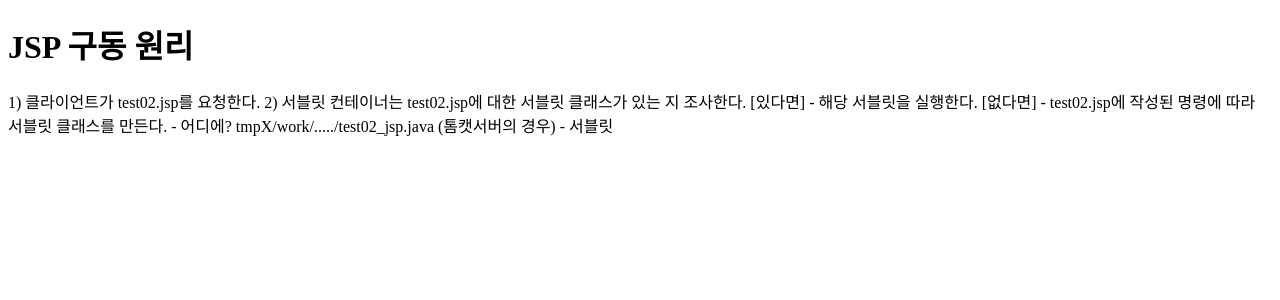
Repository: soso1525/bitcamp
Page: http://localhost/java-web/jsp_exams/ex1/test02.jsp
An editor plug-in stored every save of this project. The page is shown before and after the next save, followed by the edit.
The browser window is 1280 px wide. The pictures show the whole page.
The page is served by Tomcat 9. Nobody is signed in. The application's start-up code is not run. Other server files are loaded and not shown.

Above is the page before, as saved 2017-12-14 05:34:43.

### workspace/java-web/src/main/webapp/jsp_exams/ex1/test02.jsp
<%@ page language="java" contentType="text/html; charset=UTF-8"
    pageEncoding="UTF-8"%>
<!DOCTYPE html>
<html>
<head>
<meta charset="UTF-8">
<title>JSP 예제</title>
</head>
<body>
<h1>JSP 구동 원리</h1>
<p>
1) 클라이언트가 test02.jsp를 요청한다.
2) 서블릿 컨테이너는 test02.jsp에 대한 서블릿 클래스가 있는 지 조사한다.
   [있다면]
     - 해당 서블릿을 실행한다.
   [없다면]
     - test02.jsp에 작성된 명령에 따라 서블릿 클래스를 만든다.
     - 어디에? tmpX/work/...../test02_jsp.java (톰캣서버의 경우)
     - 서블릿
</p>
</body>
</html>

After the next save:
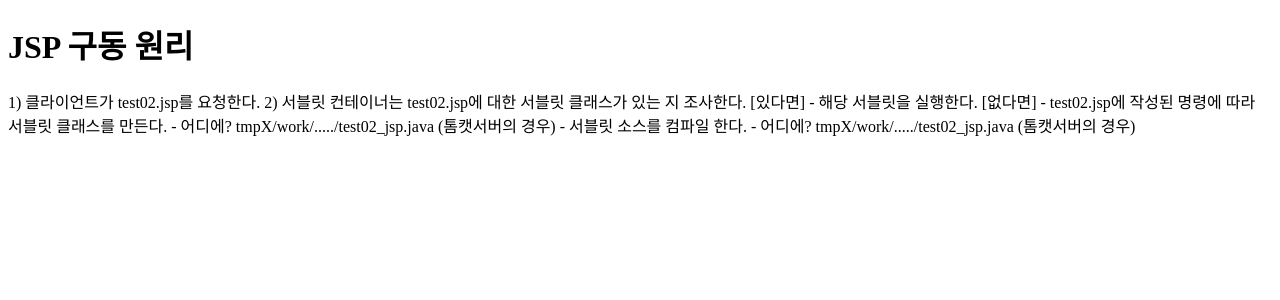
Saved 20 s later.
--- a/workspace/java-web/src/main/webapp/jsp_exams/ex1/test02.jsp
+++ b/workspace/java-web/src/main/webapp/jsp_exams/ex1/test02.jsp
@@ -16,7 +16,8 @@
    [없다면]
      - test02.jsp에 작성된 명령에 따라 서블릿 클래스를 만든다.
      - 어디에? tmpX/work/...../test02_jsp.java (톰캣서버의 경우)
-     - 서블릿
+     - 서블릿  소스를 컴파일 한다.
+     - 어디에? tmpX/work/...../test02_jsp.java (톰캣서버의 경우)
 </p>
 </body>
 </html>
